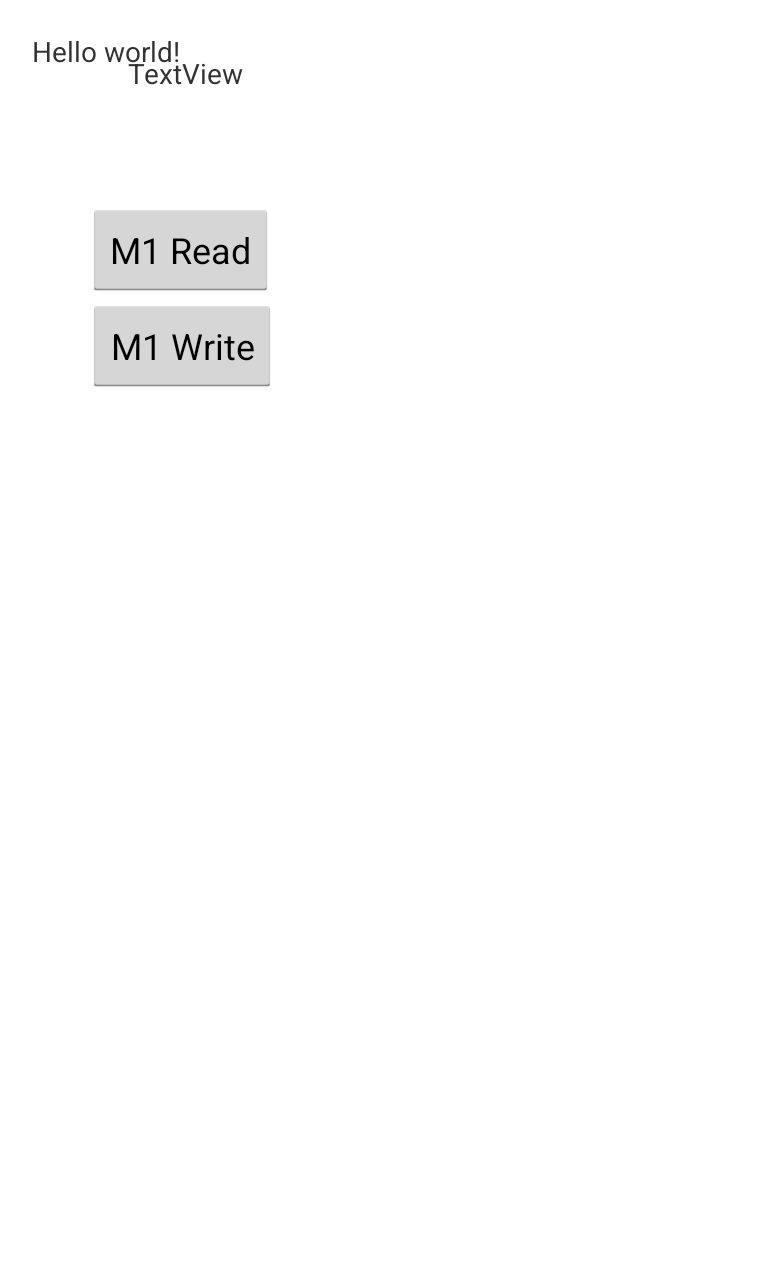
Repository: sparrow1058/nfc
Layout: nfc/res/layout/activity_main.xml
These files come from the project's save history. The layout is drawn as it stood at one moment and after the next save; the edit follows.
It is drawn on a 768 x 1280 px phone screen (xhdpi) without system bars, with theme AppTheme; the app's code is not run.

Above is the layout before, as saved 2018-06-15 07:09:10.

### nfc/res/layout/activity_main.xml
<RelativeLayout xmlns:android="http://schemas.android.com/apk/res/android"
    xmlns:tools="http://schemas.android.com/tools"
    android:layout_width="match_parent"
    android:layout_height="match_parent"
    android:paddingBottom="@dimen/activity_vertical_margin"
    android:paddingLeft="@dimen/activity_horizontal_margin"
    android:paddingRight="@dimen/activity_horizontal_margin"
    android:paddingTop="@dimen/activity_vertical_margin"
    tools:context=".MainActivity" >

    <TextView
        android:id="@+id/infoText"
        android:layout_width="800px"
        android:layout_height="600px"
        android:text="@string/hello_world" />

    <Button
        android:id="@+id/bt_write"
        android:layout_width="wrap_content"
        android:layout_height="wrap_content"
        android:layout_alignLeft="@+id/bt_read"
        android:layout_below="@+id/bt_read"
        android:text="M1 Write" />

    <Button
        android:id="@+id/bt_read"
        android:layout_width="wrap_content"
        android:layout_height="wrap_content"
        android:layout_alignTop="@+id/textView1"
        android:layout_marginLeft="27dp"
        android:layout_marginTop="85dp"
        android:layout_toRightOf="@+id/textView1"
        android:text="M1 Read" />

    <TextView
        android:id="@+id/textView2"
        android:layout_width="wrap_content"
        android:layout_height="wrap_content"
        android:layout_alignRight="@+id/bt_read"
        android:layout_alignTop="@+id/textView1"
        android:layout_marginRight="16dp"
        android:layout_marginTop="11dp"
        android:text="TextView" />

</RelativeLayout>

### nfc/res/values/strings.xml
<?xml version="1.0" encoding="utf-8"?>
<resources>

    <string name="app_name">nfc</string>
    <string name="action_settings">Settings</string>
    <string name="hello_world">Hello world!</string>

</resources>

Loaded but not shown: nfc/res/values/styles.xml (common file); nfc/res/values-v11/styles.xml (common file); nfc/res/values-v14/styles.xml (common file); nfc/res/values/dimens.xml (common file)

After the next save:
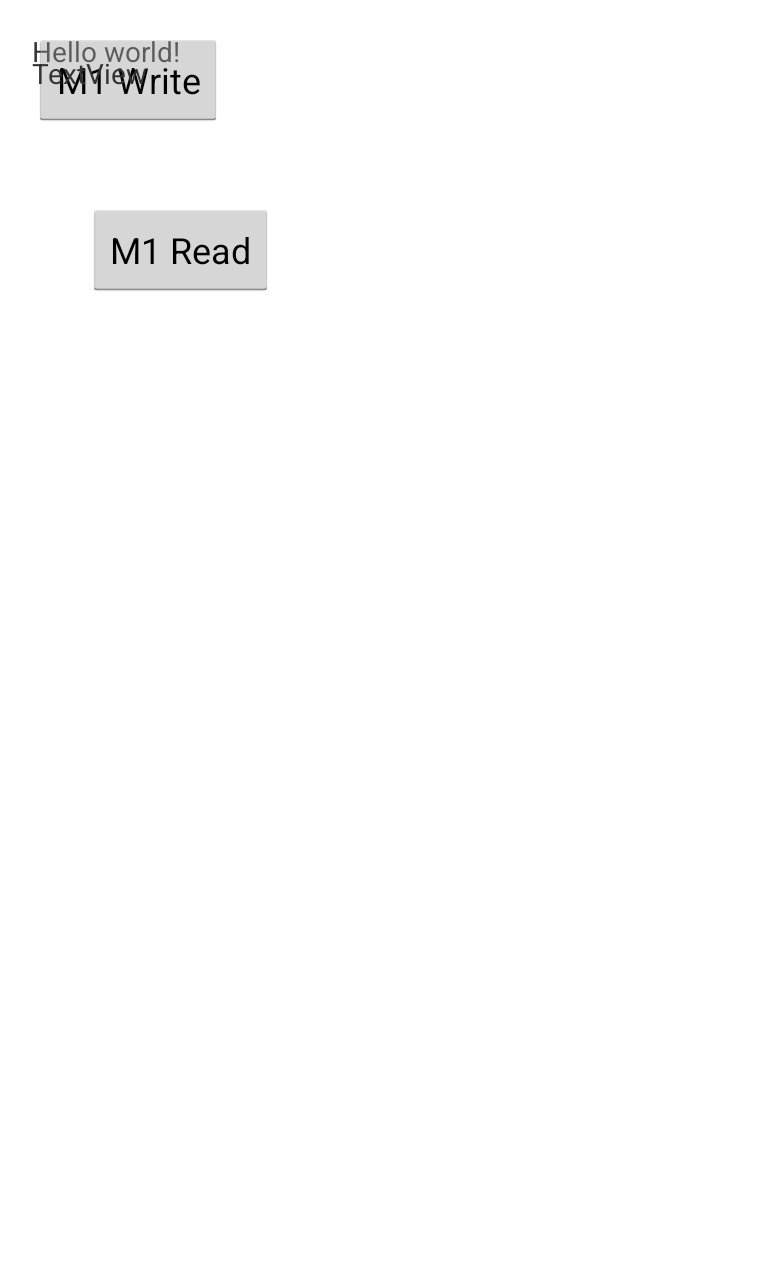
Saved 5 s later.
--- a/nfc/res/layout/activity_main.xml
+++ b/nfc/res/layout/activity_main.xml
@@ -23,7 +23,7 @@
         android:text="M1 Write" />
 
     <Button
-        android:id="@+id/bt_read"
+        android:id="@+id/btRead"
         android:layout_width="wrap_content"
         android:layout_height="wrap_content"
         android:layout_alignTop="@+id/textView1"

After the 4 saves that followed:
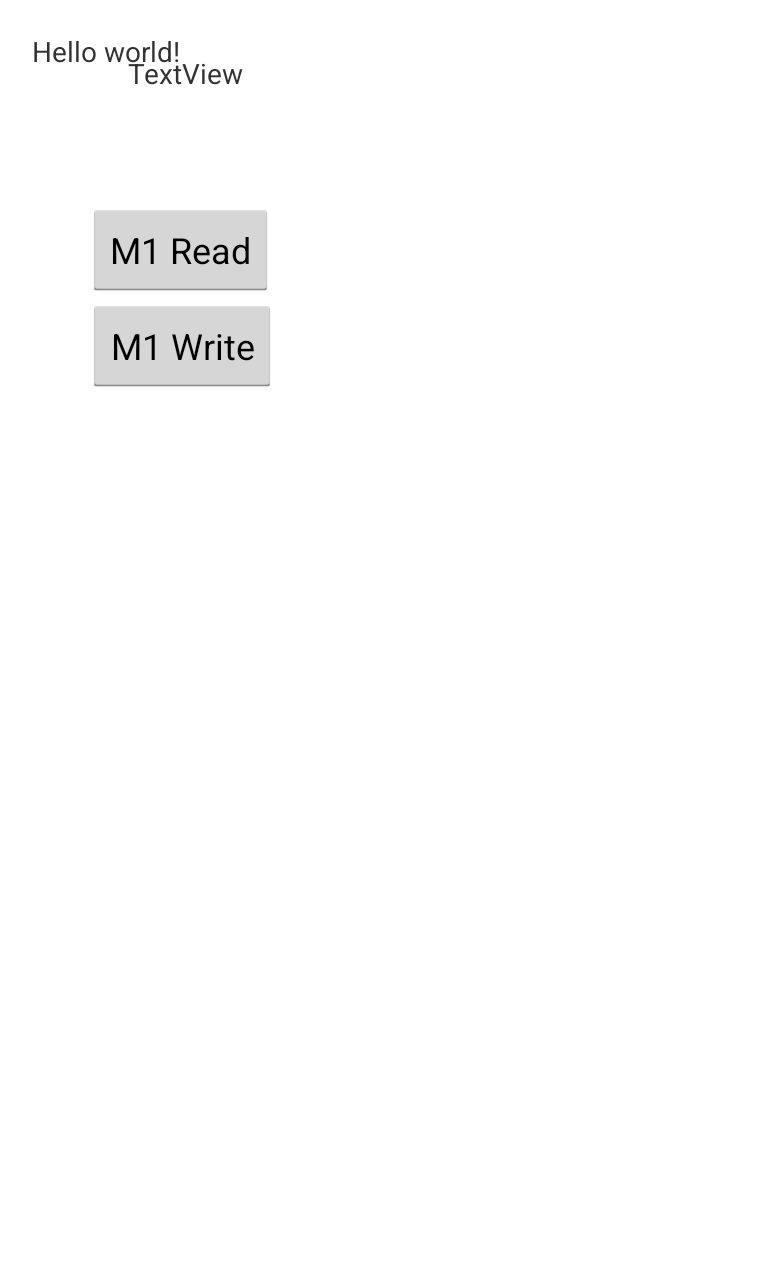
The 4 saves are shown as one change because 3 left the picture as it was.
The last was saved 23 s later.
--- a/nfc/res/layout/activity_main.xml
+++ b/nfc/res/layout/activity_main.xml
@@ -9,13 +9,13 @@
     tools:context=".MainActivity" >
 
     <TextView
-        android:id="@+id/infoText"
+        android:id="@+id/info_text"
         android:layout_width="800px"
         android:layout_height="600px"
         android:text="@string/hello_world" />
 
     <Button
-        android:id="@+id/bt_write"
+        android:id="@+id/bt_rite"
         android:layout_width="wrap_content"
         android:layout_height="wrap_content"
         android:layout_alignLeft="@+id/bt_read"
@@ -23,7 +23,7 @@
         android:text="M1 Write" />
 
     <Button
-        android:id="@+id/btRead"
+        android:id="@+id/bt_read"
         android:layout_width="wrap_content"
         android:layout_height="wrap_content"
         android:layout_alignTop="@+id/textView1"
@@ -33,7 +33,7 @@
         android:text="M1 Read" />
 
     <TextView
-        android:id="@+id/textView2"
+        android:id="@+id/id_text"
         android:layout_width="wrap_content"
         android:layout_height="wrap_content"
         android:layout_alignRight="@+id/bt_read"
